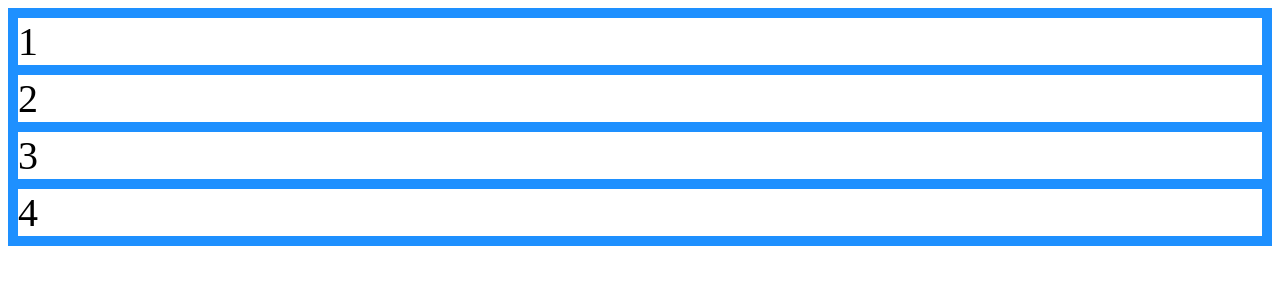
Repository: eversonps/flexbox-grid-css
Page: flexbox/flexbox3.html
An editor plug-in stored every save of this project. The page is shown before and after the next save, followed by the edit.
The browser window is 1280 px wide. The pictures show the whole page.

Above is the page before, as saved 2022-03-23 15:53:24.

After the next save:
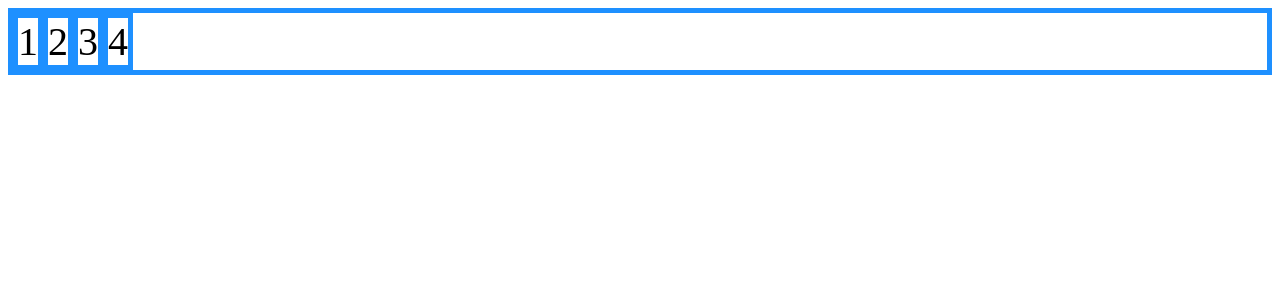
Saved 39 s later.
--- a/flexbox/flexbox3.html
+++ b/flexbox/flexbox3.html
@@ -14,6 +14,9 @@
             box-sizing: border-box;
         }
 
+        .flex-container{
+            display: flex;
+        }
     </style>
 </head>
 
